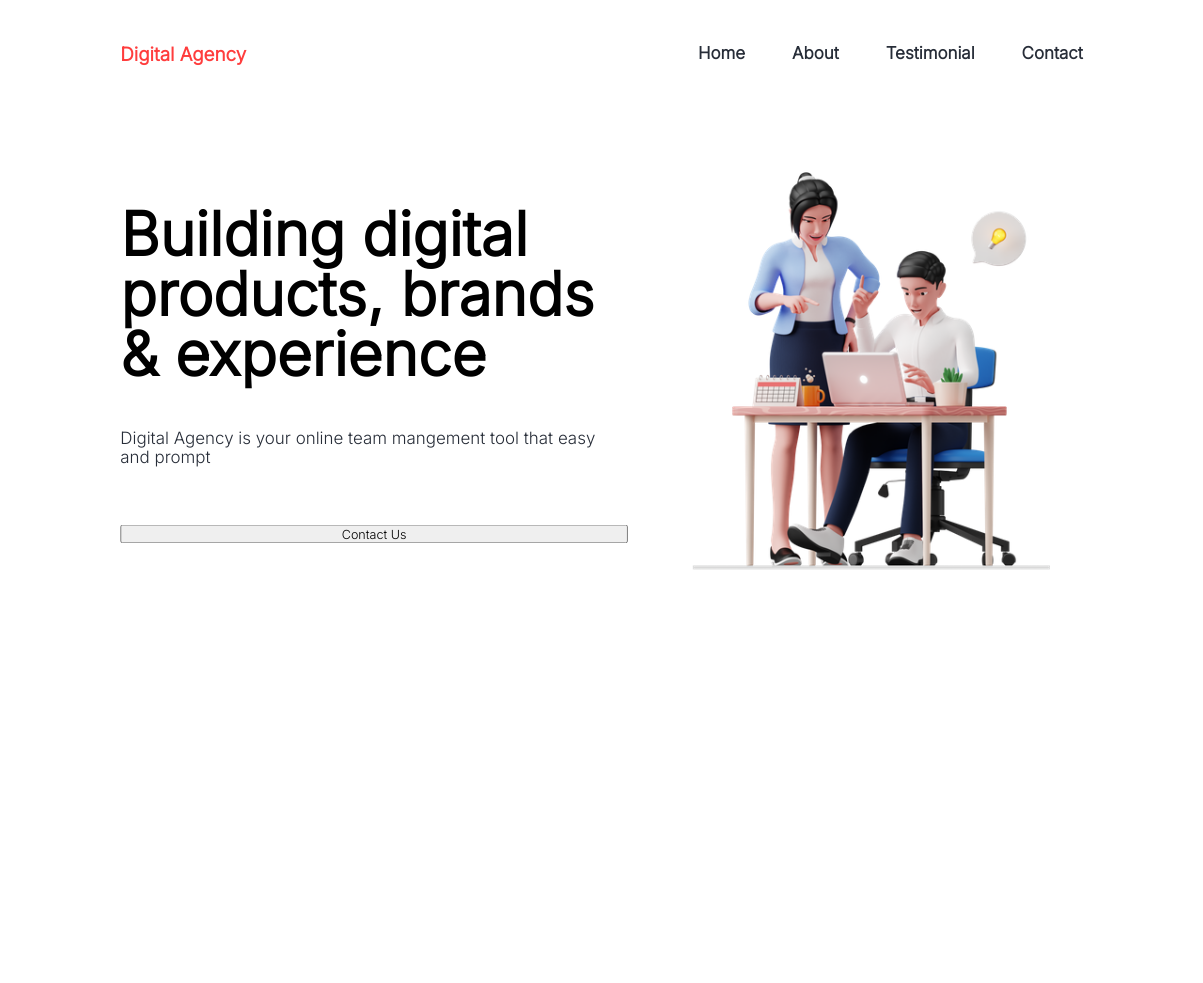
Repository: ThuatDev/fullstack_devc
Page: index.html
An editor plug-in stored every save of this project. The page is shown before and after the next save, followed by the edit.
The browser window is 1280 px wide. The pictures show the whole page, at 94% of full size.

Above is the page before, as saved 2022-11-09 16:43:54.

### index.html
<!DOCTYPE html>
<html lang="en">
  <head>
    <meta charset="UTF-8" />
    <meta http-equiv="X-UA-Compatible" content="IE=edge" />
    <meta name="viewport" content="width=device-width, initial-scale=1.0" />
    <link rel="stylesheet" href="index.css" />
    <title>Digital Agency</title>
  </head>
  <body>
    <div class="container">
      <div class="navbar">
        <div class="navbar__left">
          <p class="navbar__left-logo">Digital Agency</p>
        </div>
        <div class="navbar__right">
          <ul class="navbar__right-list">
            <li><a href="#">Home</a></li>
            <li><a href="#">About</a></li>
            <li><a href="#">Testimonial</a></li>
            <li><a href="#">Contact</a></li>
          </ul>
        </div>
      </div>

      <!-- HERO SECTION  -->
      <div class="h-section">
        <div class="h-section__left">
          <h2>Building digital products, brands & experience</h2>
          <p>
            Digital Agency is your online team mangement tool that easy and
            prompt
          </p>
          <button>Contact Us</button>
        </div>
        <div class="h-section__right">
          <img
            src="./img/business-people-discussing-business-idea.png"
            alt=""
          />
        </div>
      </div>
    </div>
  </body>
</html>

### index.css
@import url("https://fonts.googleapis.com/css2?family=Inter:wght@200;300&display=swap");
* {
  padding: 0;
  margin: 0;
  box-sizing: border-box;
  font-family: "Inter", sans-serif;
}
.container {
  width: 80%;
  height: 1000px;

  margin: 0 auto;
}

/* nav bar*/
.navbar {
  display: flex;
  justify-content: space-between;
  margin-top: 46px;
}
.navbar .navbar__left .navbar__left-logo {
  font-size: 20px;
  font-weight: 700;
  color: rgb(255, 61, 61);
  line-height: 24px;
}
.navbar > .navbar__right > .navbar__right-list {
  display: flex;
}
.navbar > .navbar__right > .navbar__right-list li {
  list-style: none;
  margin-left: 50px;
}
.navbar > .navbar__right > .navbar__right-list li > a {
  text-decoration: none;
  /* color: rgb(255, 72, 72); */
  /* padding: 10px 20px; */
  /* display: block;
   */
  font-weight: 600;
  font-size: 18px;
  color: #272d38;
}
/* Hero section */
.h-section {
  display: flex;
  justify-content: space-between;
  margin-top: 100px;
}
.h-section .h-section__left {
  display: flex;
  flex-direction: column;
  justify-content: space-evenly;
}
.h-section .h-section__left h2 {
  font-weight: 700;
  font-size: 64px;
  width: 540px;
  height: 192px;
  line-height: 100%;
}
.h-section .h-section__left p {
  font-weight: 400;
  font-size: 18px;
  width: 520px;
  height: 56px;
  color: #272d38;
}
.h-section. h-section__left > button {
  width: 167px;
  height: 48px;
  border-radius: 10px;
  border: none;
  background-color: #8eadd5;
  text-transform: uppercase;
  font-weight: 700;
  color: #fff;
}

After the next save:
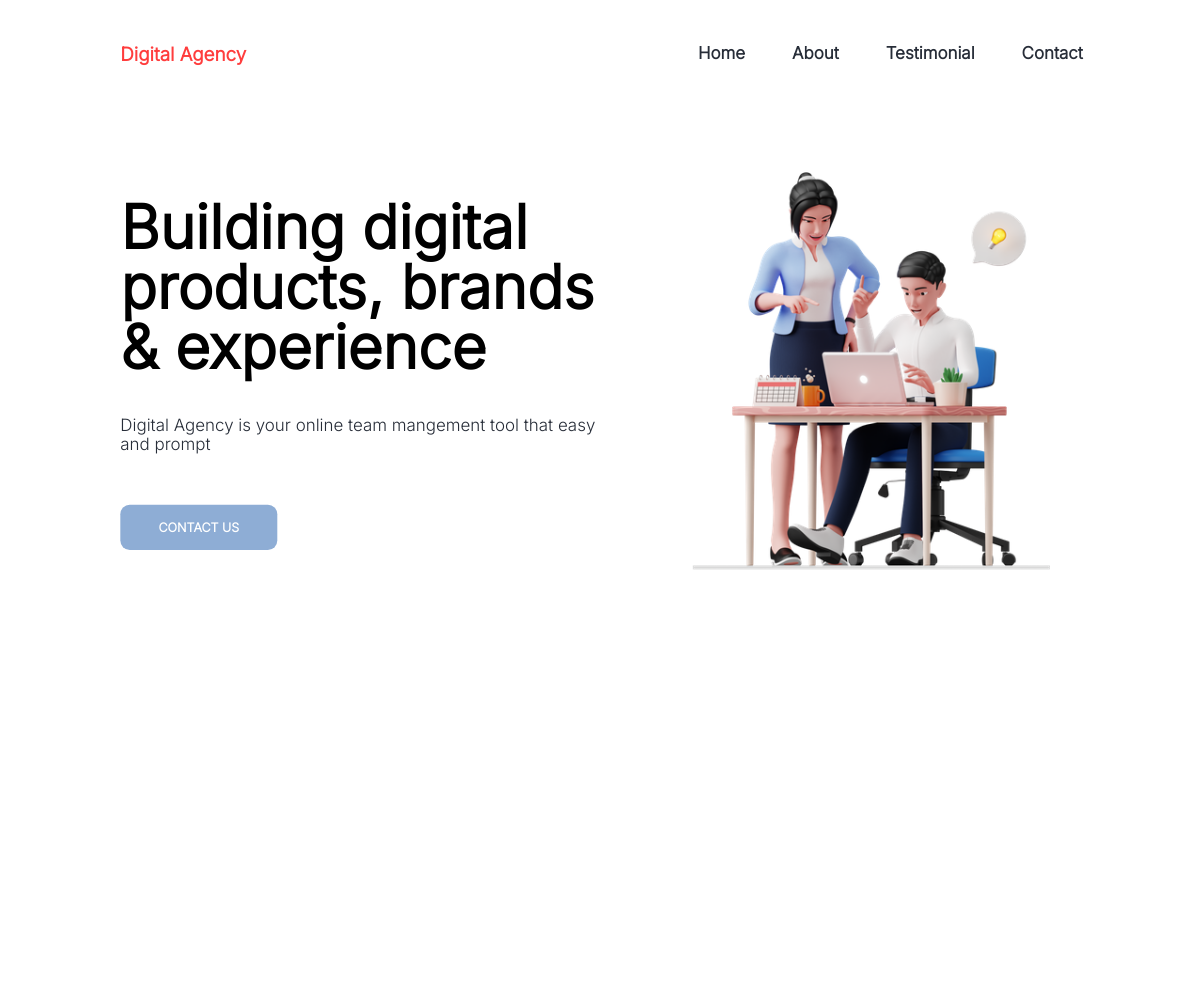
Saved 5 s later.
--- a/index.css
+++ b/index.css
@@ -66,7 +66,7 @@
   height: 56px;
   color: #272d38;
 }
-.h-section. h-section__left > button {
+.h-section .h-section__left > button {
   width: 167px;
   height: 48px;
   border-radius: 10px;
